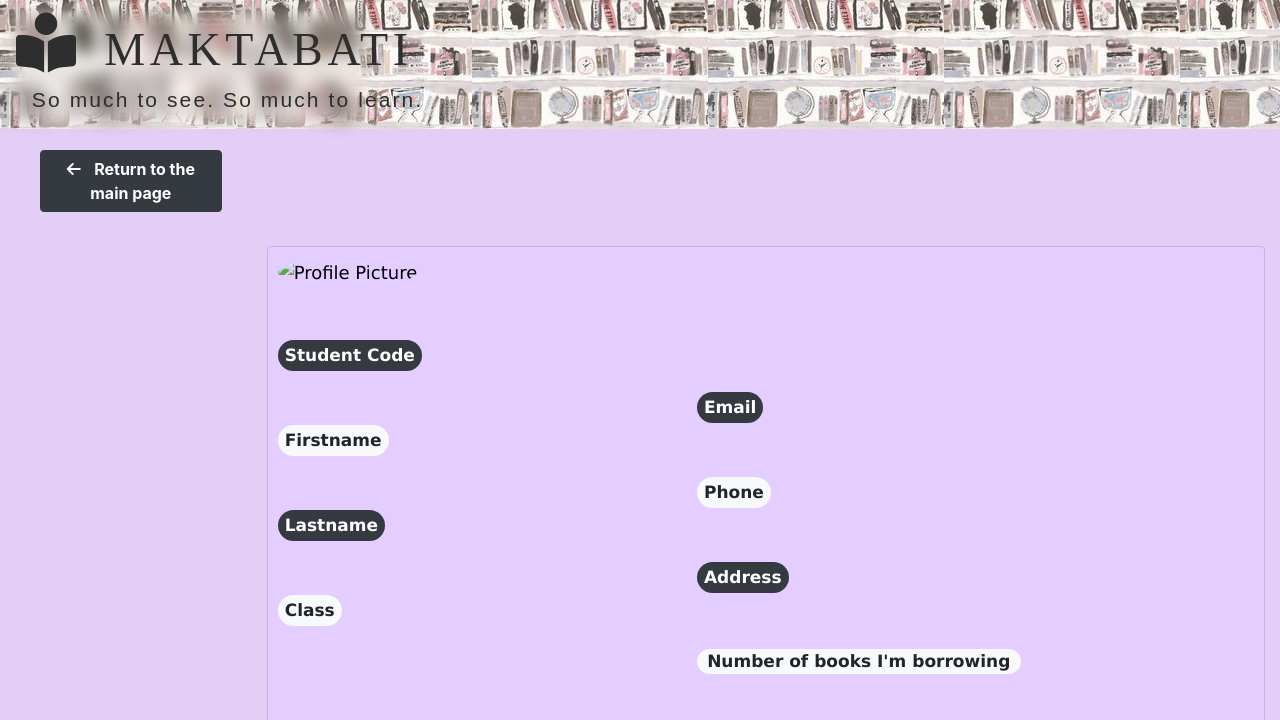
Repository: Hajar-Serrad/MAKTABATI
Page: resources/views/profile.blade.php
An editor plug-in stored every save of this project. The page is shown before and after the next save, followed by the edit.
The browser window is 1280 px wide. The pictures show the whole page.
An inner scrolling area shows only its first screen. Some web fonts or font styles are not loaded; a fallback is used. Some web libraries are served in a nearby version. The page is served by the project's Laravel application, run on PHP 8.4 with Laravel 8. The template is opened directly, without the code that normally fills it, so the values that code supplies are empty.

Above is the page before, as saved 2020-12-28 21:22:30.

After the next save:
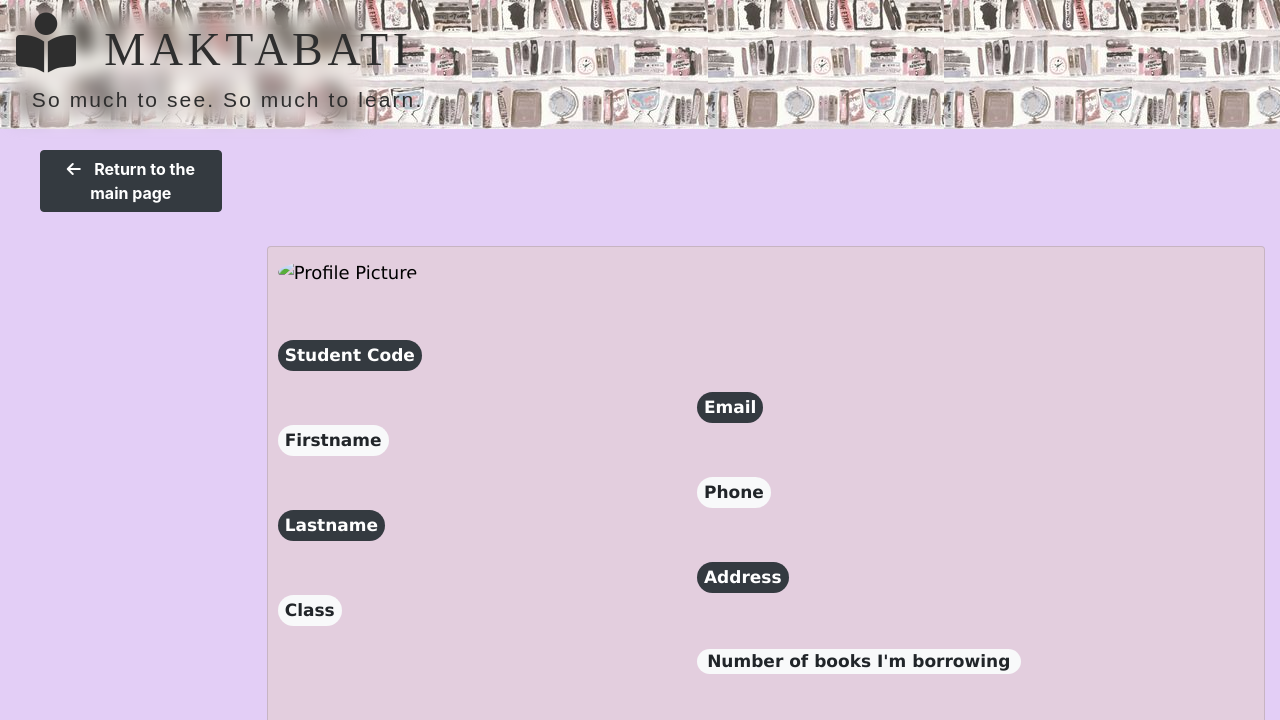
Saved 53 s later.
--- a/resources/views/profile.blade.php
+++ b/resources/views/profile.blade.php
@@ -21,7 +21,7 @@
 
 
            <div class="col-sm-10" class="row" style="font-size: 18px; font-family:Geneva, Tahoma, sans-serif;"> <br> <br> <br>
-        <div  class="card" style="margin: 15px; padding: 10px; background-color:rgb(227, 206, 255);">
+        <div  class="card" style="margin: 15px; padding: 10px; background-color:rgb(227, 206, 222);">
 
 
             <div class="row">
